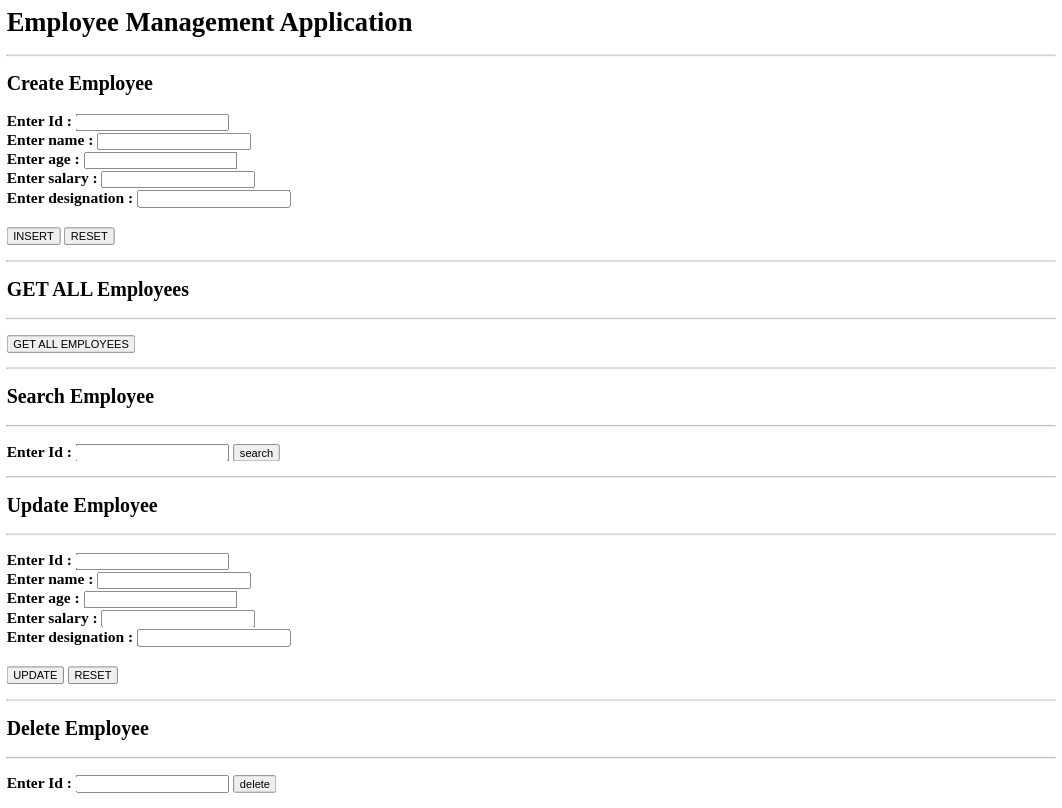
Repository: jayaprakash1250/SpringBootProjects
Page: springdataJPAdemo/src/main/webapp/index.html
An editor plug-in stored every save of this project. The page is shown before and after the next save, followed by the edit.
The browser window is 1280 px wide. The pictures show the whole page, at 83% of full size.

Above is the page before, as saved 2022-06-01 07:40:01.

### springdataJPAdemo/src/main/webapp/index.html
<h1> Employee Management Application </h1>
<hr>
<h2> Create Employee </h2>
<form action = "createEmp">
   <h3>
     Enter Id : <input type = "number" name = "eid"><br/>
     Enter name : <input type = "text" name = "name"><br/>
     Enter age : <input type = "number" name = "age"><br/>
     Enter salary : <input type = "number" name = "salary"><br/>
     Enter designation : <input type = "text" name = "designation"><br/>
     <br/>

     <input type = "submit" value = "INSERT"/>
     <input type = "reset" value = "RESET"/>
   </h3>
</form>
<hr>
<h2> GET ALL Employees </h2><hr>
<form action = "getEmployees">
   <h3>

     <input type = "submit" value = "GET ALL EMPLOYEES"/>

   </h3>
</form>
<hr>
<h2> Search Employee </h2><hr>
<form action = "searchEmp">
   <h3>
     Enter Id : <input type = "number" name = "id">

     <input type = "submit" value = "search"/>

   </h3>
</form>
<hr>
<h2> Update Employee </h2><hr>
<form action = "updateEmp">
   <h3>
     Enter Id : <input type = "number" name = "eid"><br/>
     Enter name : <input type = "text" name = "name"><br/>
     Enter age : <input type = "number" name = "age"><br/>
     Enter salary : <input type = "number" name = "salary"><br/>
     Enter designation : <input type = "text" name = "designation"><br/>
     <br/>

     <input type = "submit" value = "UPDATE"/>
     <input type = "reset" value = "RESET"/>
   </h3>
</form>
<hr>
 <h2> Delete Employee </h2><hr>
<form action = "deleteEmp">
   <h3>
     Enter Id : <input type = "number" name = "id">

     <input type = "submit" value = "delete"/>

   </h3>
</form>

After the next save:
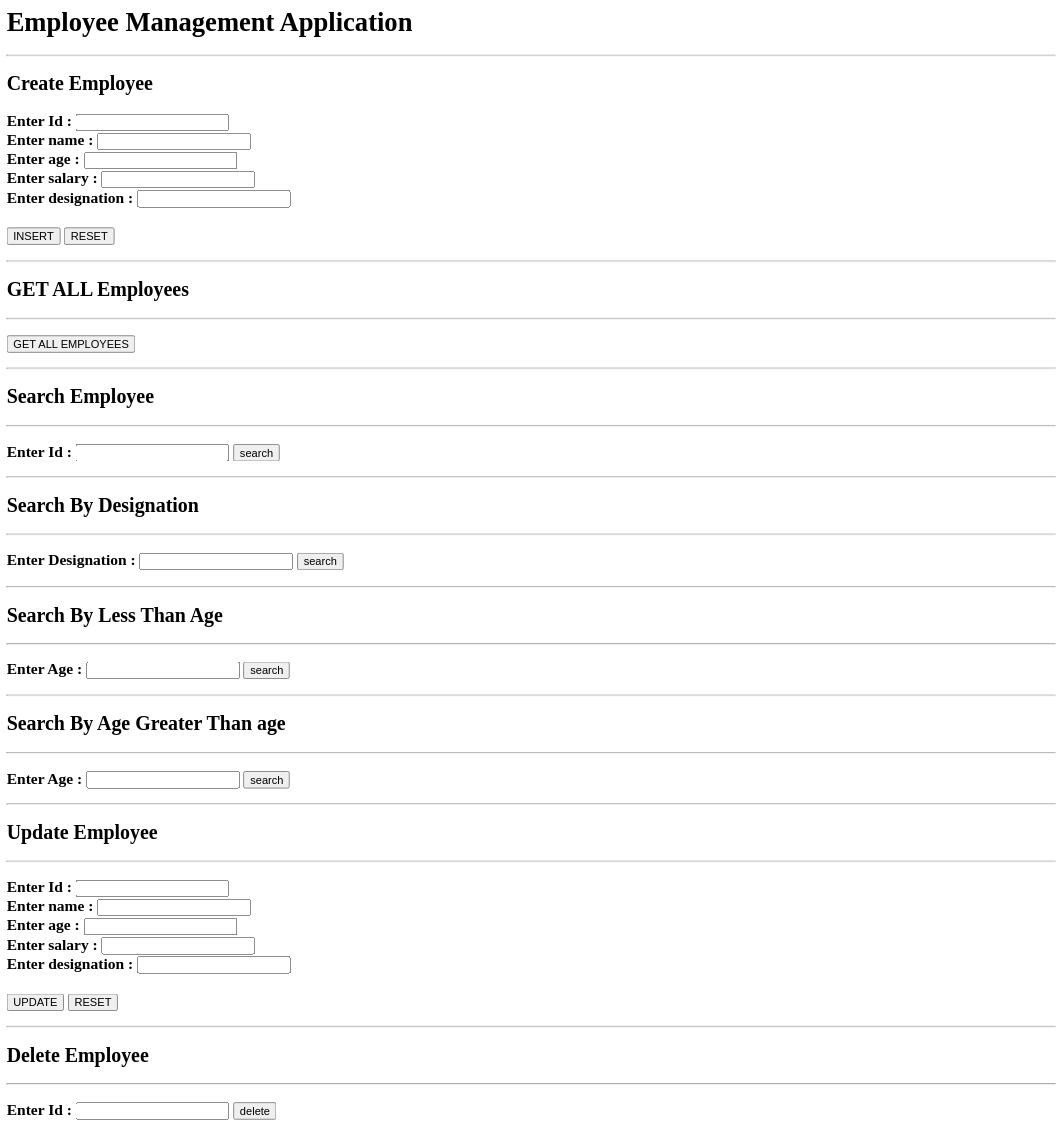
Saved 4 h 20 min later.
--- a/springdataJPAdemo/src/main/webapp/index.html
+++ b/springdataJPAdemo/src/main/webapp/index.html
@@ -34,6 +34,36 @@
    </h3>
 </form>
 <hr>
+<h2> Search By Designation </h2><hr>
+<form action = "searchByDesignation">
+   <h3>
+     Enter Designation : <input type = "text" name = "designation">
+
+     <input type = "submit" value = "search"/>
+
+   </h3>
+</form>
+<hr>
+<h2> Search By Less Than Age </h2><hr>
+<form action = "getjunior">
+   <h3>
+     Enter Age : <input type = "number" name = "age">
+
+     <input type = "submit" value = "search"/>
+
+   </h3>
+</form>
+<hr>
+<h2> Search By Age Greater Than age </h2><hr>
+<form action = "getsenior">
+   <h3>
+     Enter Age : <input type = "number" name = "age">
+
+     <input type = "submit" value = "search"/>
+
+   </h3>
+</form>
+<hr>
 <h2> Update Employee </h2><hr>
 <form action = "updateEmp">
    <h3>
